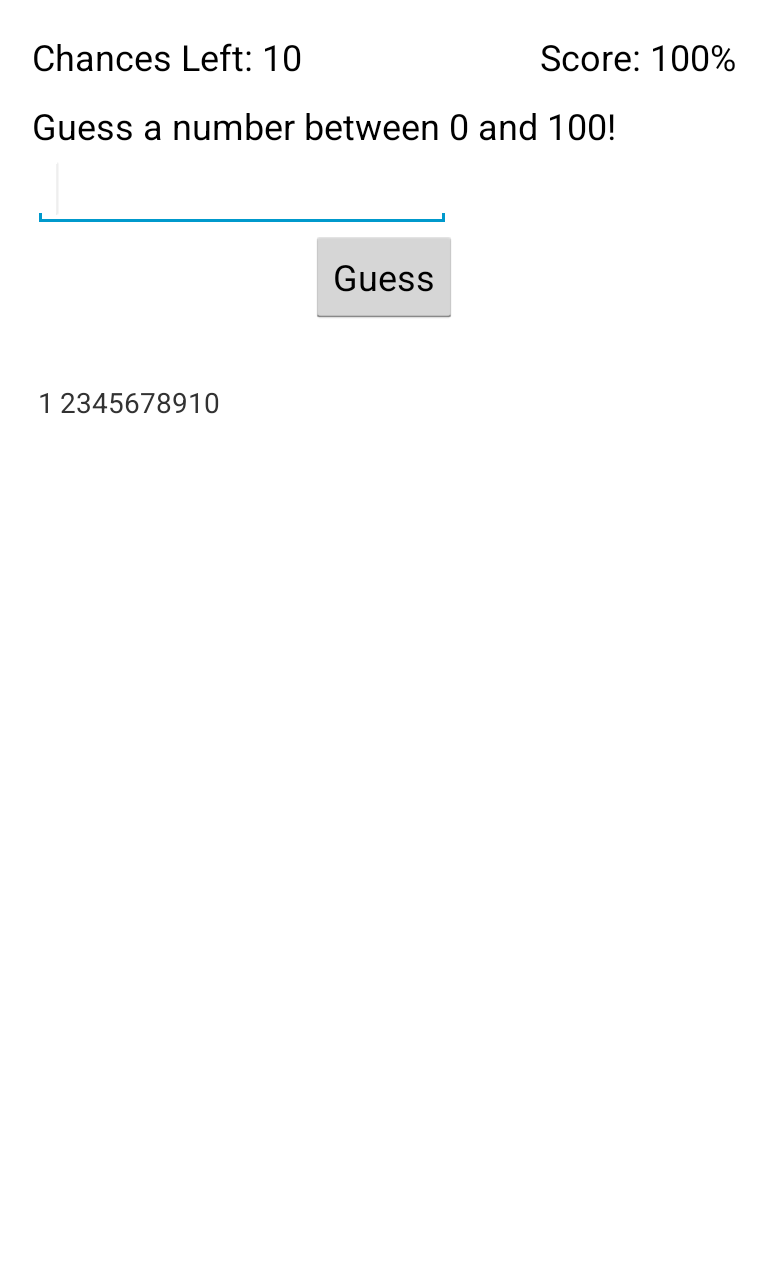
Repository: lethe13/AndroidProgramming
Layout: COMP304-Group1-MicroProject5/res/layout/activity_graphical_guessing_game.xml
These files come from the project's save history. The layout is drawn as it stood at one moment and after the next save; the edit follows.
It is drawn on a 768 x 1280 px phone screen (xhdpi) without system bars, with theme AppTheme; the app's code is not run.

Above is the layout before, as saved 2015-11-15 21:37:00.

### COMP304-Group1-MicroProject5/res/layout/activity_graphical_guessing_game.xml
<RelativeLayout xmlns:android="http://schemas.android.com/apk/res/android"
    xmlns:tools="http://schemas.android.com/tools"
    android:layout_width="match_parent"
    android:layout_height="match_parent"
    android:paddingBottom="@dimen/activity_vertical_margin"
    android:paddingLeft="@dimen/activity_horizontal_margin"
    android:paddingRight="@dimen/activity_horizontal_margin"
    android:paddingTop="@dimen/activity_vertical_margin"
    tools:context="com.example.comp304_group1_microproject5.GraphicalGuessingGame" >

     <TextView
        android:id="@+id/lblChance"
        android:layout_width="wrap_content"
        android:layout_height="wrap_content"
        android:text="Chances Left: 10"
        android:textAppearance="?android:attr/textAppearanceMedium" />

     <TextView
        android:id="@+id/lblScore"
        android:layout_width="wrap_content"
        android:layout_height="wrap_content"
        android:text="Score: 100%"
        android:layout_alignParentRight="true"
        android:textAppearance="?android:attr/textAppearanceMedium" />

    <TextView
        android:id="@+id/lblInput"
        android:layout_width="wrap_content"
        android:layout_height="wrap_content"
        android:layout_marginTop="10dp"
        android:layout_below="@+id/lblChance"
        android:text="Guess a number between 0 and 100!"
        android:textAppearance="?android:attr/textAppearanceMedium" />

    <EditText
        android:id="@+id/txtInput"
        android:layout_width="wrap_content"
        android:layout_height="wrap_content"
        android:layout_below="@+id/lblInput"
        android:inputType="number"
        android:ems="10" >

        <requestFocus />
    </EditText>

   <Button
        android:id="@+id/btnGo"
        android:layout_width="wrap_content"
        android:layout_height="wrap_content"
        android:layout_centerHorizontal="true"
        android:layout_below="@+id/txtInput"
        android:text="Guess" />

    <TextView
       android:id="@+id/lblMessage"
       android:layout_width="wrap_content"
       android:layout_height="wrap_content"
       android:layout_marginTop="10dp"
       android:layout_below="@+id/btnGo"
       android:text="" />

    <TableLayout
        android:id="@+id/tblGame"
        android:layout_width="wrap_content"
        android:layout_height="wrap_content"
        android:layout_centerVertical="true"
        android:layout_below="@+id/lblMessage" >

        <TableRow
            android:id="@+id/tableRow1"
            android:layout_width="wrap_content"
            android:layout_height="wrap_content" >

            <TextView android:id="@+id/tv1"
		       android:layout_width="wrap_content"
		       android:layout_height="wrap_content"
		       android:paddingLeft="3dp"
		       android:paddingRight="3dp"
		       android:text="1" />

            <TextView android:id="@+id/tv2"
		       android:layout_width="wrap_content"
		       android:layout_height="wrap_content"
		       android:text="2" />

            <TextView android:id="@+id/tv3"
		       android:layout_width="wrap_content"
		       android:layout_height="wrap_content"
		       android:text="3" />

            <TextView android:id="@+id/tv4"
		       android:layout_width="wrap_content"
		       android:layout_height="wrap_content"
		       android:text="4" />

            <TextView android:id="@+id/tv5"
		       android:layout_width="wrap_content"
		       android:layout_height="wrap_content"
		       android:text="5" />

            <TextView android:id="@+id/tv6"
		       android:layout_width="wrap_content"
		       android:layout_height="wrap_content"
		       android:text="6" />

            <TextView android:id="@+id/tv7"
		       android:layout_width="wrap_content"
		       android:layout_height="wrap_content"
		       android:text="7" />

            <TextView android:id="@+id/tv8"
		       android:layout_width="wrap_content"
		       android:layout_height="wrap_content"
		       android:text="8" />

            <TextView android:id="@+id/tv9"
		       android:layout_width="wrap_content"
		       android:layout_height="wrap_content"
		       android:text="9" />

            <TextView android:id="@+id/tv10"
		       android:layout_width="wrap_content"
		       android:layout_height="wrap_content"
		       android:text="10" />
        </TableRow>

        <TableRow
            android:id="@+id/tableRow2"
            android:layout_width="wrap_content"
            android:layout_height="wrap_content" >
        </TableRow>

        <TableRow
            android:id="@+id/tableRow3"
            android:layout_width="wrap_content"
            android:layout_height="wrap_content" >
        </TableRow>

        <TableRow
            android:id="@+id/tableRow4"
            android:layout_width="wrap_content"
            android:layout_height="wrap_content" >
        </TableRow>
    </TableLayout>

</RelativeLayout>

Loaded but not shown: COMP304-Group1-MicroProject5/res/values/styles.xml (common file); COMP304-Group1-MicroProject5/res/values-v11/styles.xml (common file); COMP304-Group1-MicroProject5/res/values-v14/styles.xml (common file); COMP304-Group1-MicroProject5/res/values/dimens.xml (common file); COMP304-Group1-MicroProject5/res/values-w820dp/dimens.xml (common file)

After the next save:
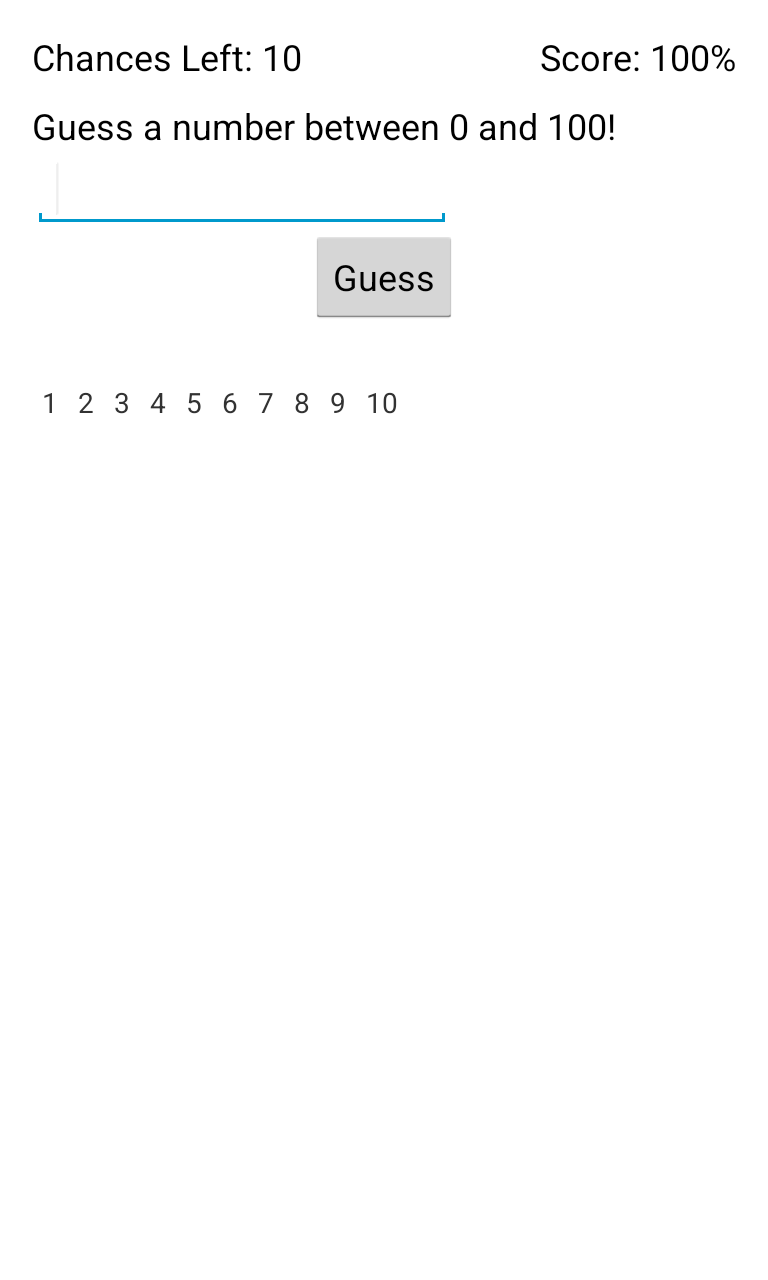
Saved 53 s later.
--- a/COMP304-Group1-MicroProject5/res/layout/activity_graphical_guessing_game.xml
+++ b/COMP304-Group1-MicroProject5/res/layout/activity_graphical_guessing_game.xml
@@ -74,53 +74,71 @@
             <TextView android:id="@+id/tv1"
 		       android:layout_width="wrap_content"
 		       android:layout_height="wrap_content"
-		       android:paddingLeft="3dp"
-		       android:paddingRight="3dp"
+		       android:paddingLeft="5dp"
+		       android:paddingRight="5dp"
 		       android:text="1" />
 
             <TextView android:id="@+id/tv2"
 		       android:layout_width="wrap_content"
 		       android:layout_height="wrap_content"
+		       android:paddingLeft="5dp"
+		       android:paddingRight="5dp"
 		       android:text="2" />
 
             <TextView android:id="@+id/tv3"
 		       android:layout_width="wrap_content"
 		       android:layout_height="wrap_content"
+		       android:paddingLeft="5dp"
+		       android:paddingRight="5dp"
 		       android:text="3" />
 
             <TextView android:id="@+id/tv4"
 		       android:layout_width="wrap_content"
 		       android:layout_height="wrap_content"
+		       android:paddingLeft="5dp"
+		       android:paddingRight="5dp"
 		       android:text="4" />
 
             <TextView android:id="@+id/tv5"
 		       android:layout_width="wrap_content"
 		       android:layout_height="wrap_content"
+		       android:paddingLeft="5dp"
+		       android:paddingRight="5dp"
 		       android:text="5" />
 
             <TextView android:id="@+id/tv6"
 		       android:layout_width="wrap_content"
 		       android:layout_height="wrap_content"
+		       android:paddingLeft="5dp"
+		       android:paddingRight="5dp"
 		       android:text="6" />
 
             <TextView android:id="@+id/tv7"
 		       android:layout_width="wrap_content"
 		       android:layout_height="wrap_content"
+		       android:paddingLeft="5dp"
+		       android:paddingRight="5dp"
 		       android:text="7" />
 
             <TextView android:id="@+id/tv8"
 		       android:layout_width="wrap_content"
 		       android:layout_height="wrap_content"
+		       android:paddingLeft="5dp"
+		       android:paddingRight="5dp"
 		       android:text="8" />
 
             <TextView android:id="@+id/tv9"
 		       android:layout_width="wrap_content"
 		       android:layout_height="wrap_content"
+		       android:paddingLeft="5dp"
+		       android:paddingRight="5dp"
 		       android:text="9" />
 
             <TextView android:id="@+id/tv10"
 		       android:layout_width="wrap_content"
 		       android:layout_height="wrap_content"
+		       android:paddingLeft="5dp"
+		       android:paddingRight="5dp"
 		       android:text="10" />
         </TableRow>
 
